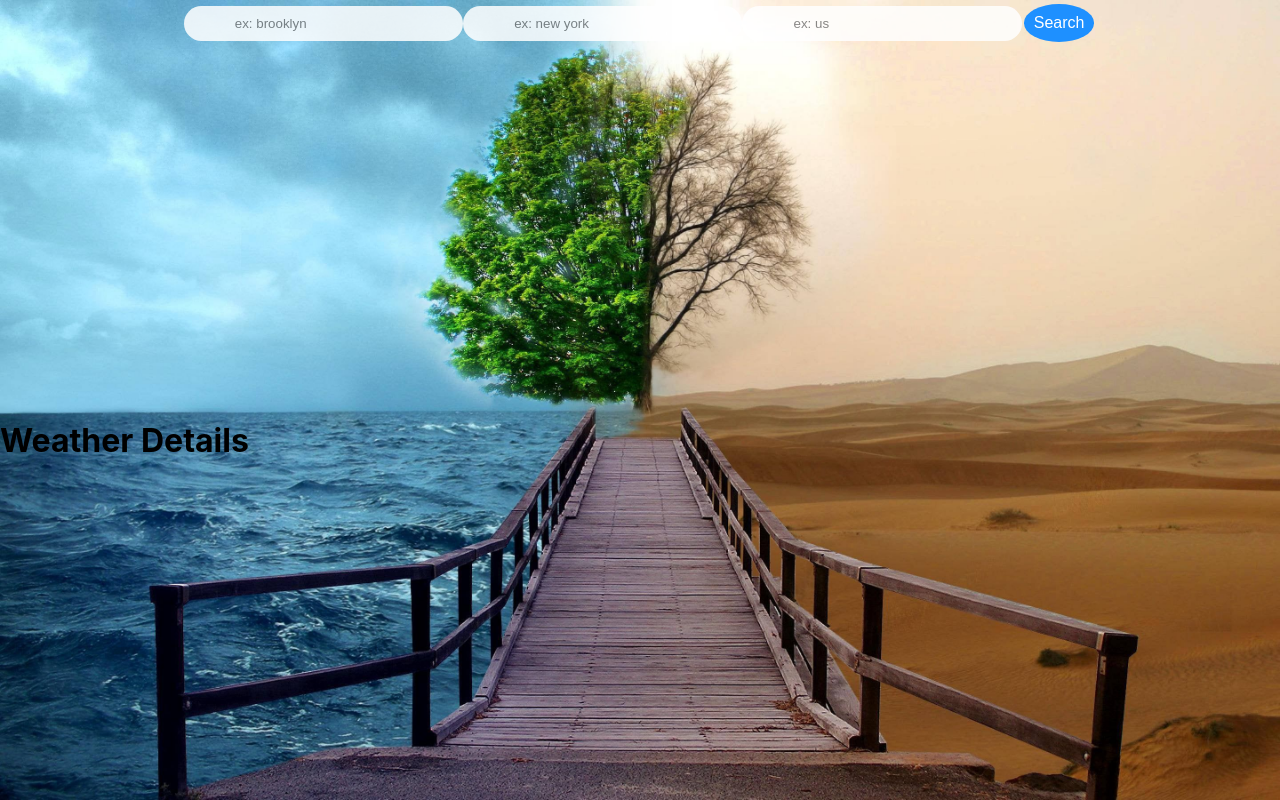
Repository: Mohsin231/Weather_App
Page: /
An editor plug-in stored every save of this project. The page is shown before and after the next save, followed by the edit.
The browser window is 1280 px wide. The pictures show the whole page.
The project was rebuilt for these pictures with package versions that can differ from the ones it lists, and the page was loaded fresh each time.

Above is the page before, as saved 2021-01-25 04:42:46.

After the next save:
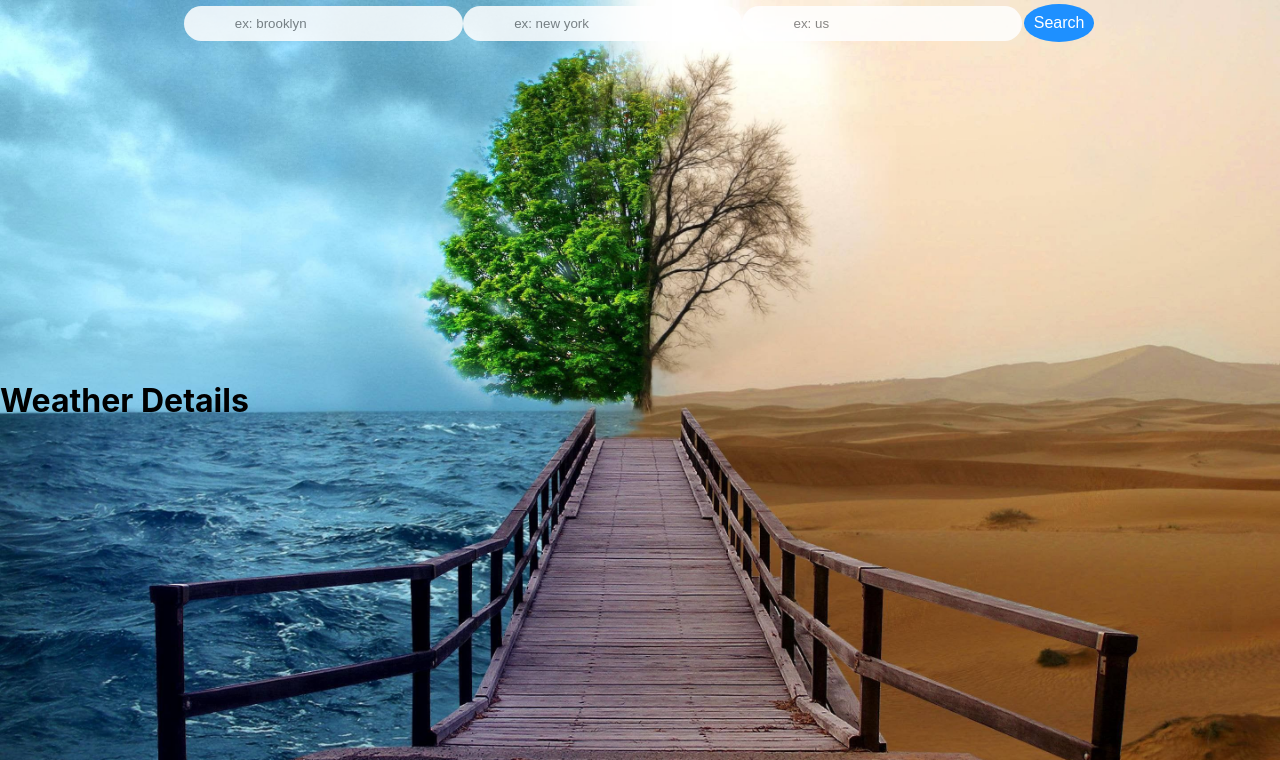
Saved 15 s later.
--- a/src/Weather.css
+++ b/src/Weather.css
@@ -4,8 +4,8 @@
     justify-content: center;
     align-items: center;
     flex-direction: column; */
-    position: absolute;
-  top: 80px;
+  position: absolute;
+  top: 40px;
 
   }
 
